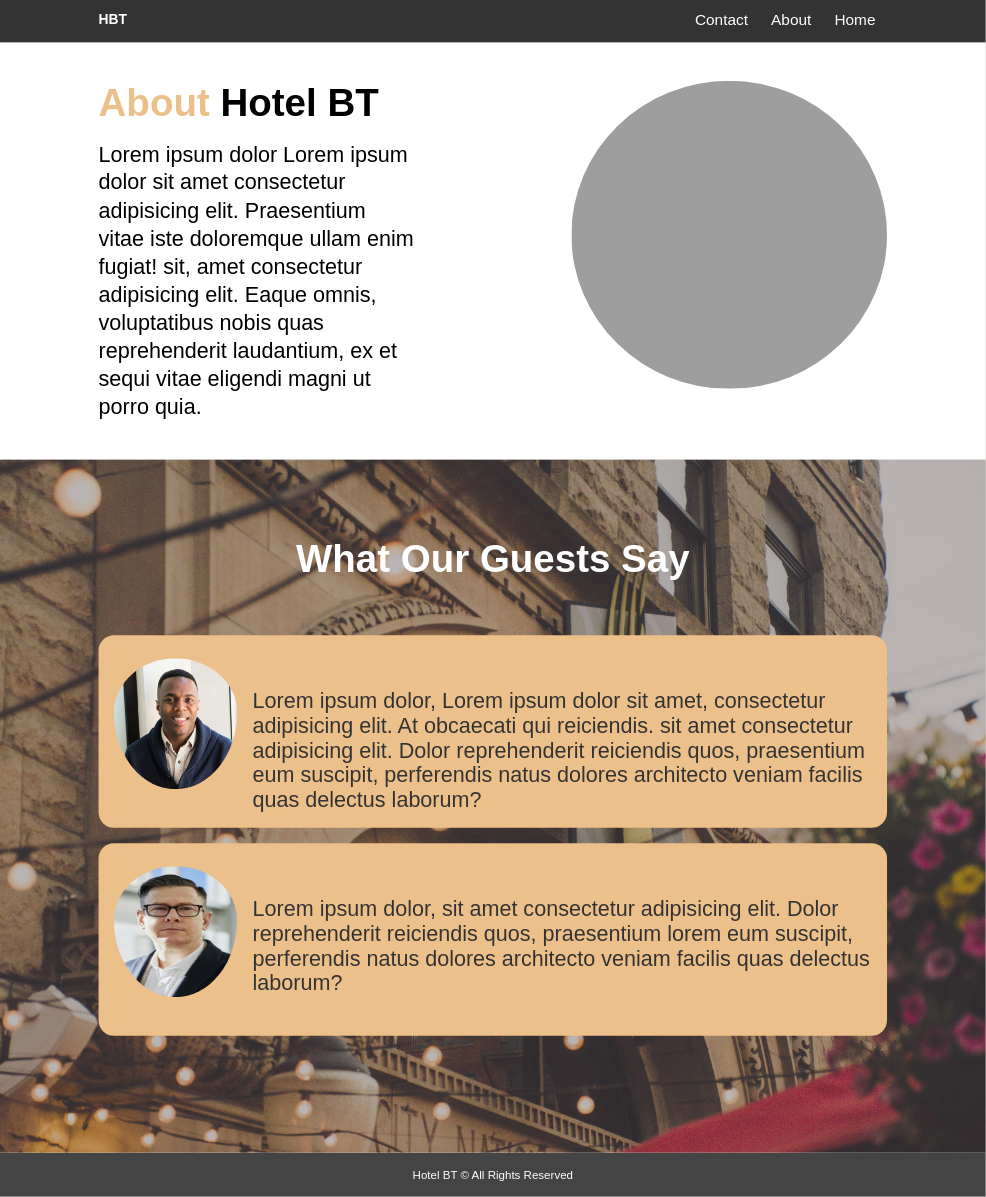
Repository: reemoon-ctrl/35---hotel-website
Page: about.html
The author's editor kept a copy of each file at every save. The page is drawn from the files as they stood at one save, then again after the next save.
The browser window is 1280 px wide. The pictures show the whole page, at 77% of full size.
Pictures or frames that could not be fetched are drawn as grey boxes.

Above is the page before, as saved 2024-07-24 21:20:20.

After the next save:
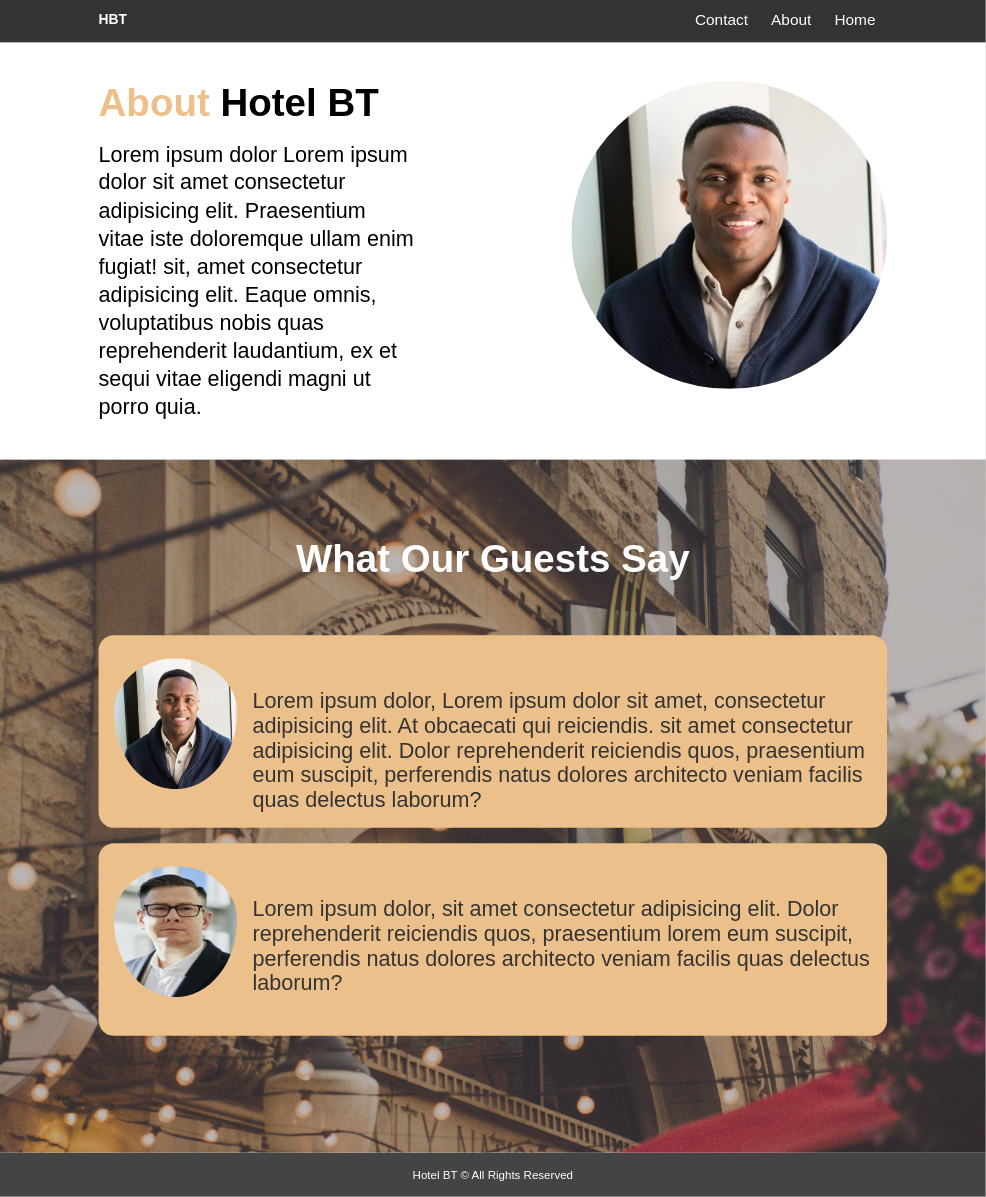
Saved 5 s later.
--- a/about.html
+++ b/about.html
@@ -29,7 +29,7 @@
             <p>Lorem ipsum dolor Lorem ipsum dolor sit amet consectetur adipisicing elit. Praesentium vitae iste doloremque ullam enim fugiat! sit, amet consectetur adipisicing elit. Eaque omnis, voluptatibus nobis quas reprehenderit laudantium, ex et sequi vitae eligendi magni ut porro quia.
             </p>
            </div>
-            <img class="hotel-img2" src="/img/" alt="Hotel-image">
+            <img class="hotel-img2" src="/img/pexels-divinetechygirl-1181391.jpg" alt="Hotel-image">
         </div>
     </main>
     <aside>

After the save that followed:
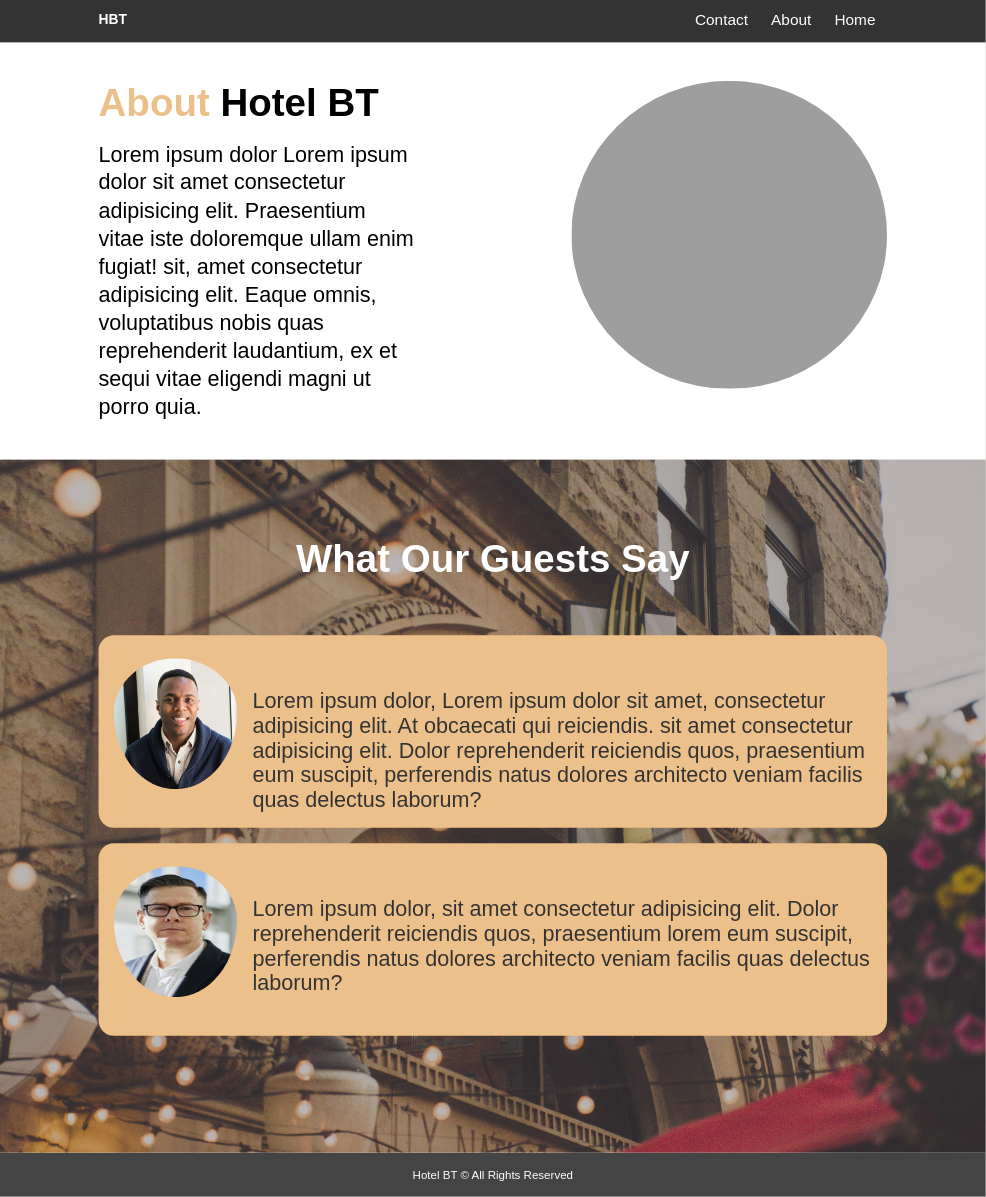
Saved 7 s later.
--- a/about.html
+++ b/about.html
@@ -29,7 +29,7 @@
             <p>Lorem ipsum dolor Lorem ipsum dolor sit amet consectetur adipisicing elit. Praesentium vitae iste doloremque ullam enim fugiat! sit, amet consectetur adipisicing elit. Eaque omnis, voluptatibus nobis quas reprehenderit laudantium, ex et sequi vitae eligendi magni ut porro quia.
             </p>
            </div>
-            <img class="hotel-img2" src="/img/pexels-divinetechygirl-1181391.jpg" alt="Hotel-image">
+            <img class="hotel-img2" src="/img/" alt="Hotel-image">
         </div>
     </main>
     <aside>
